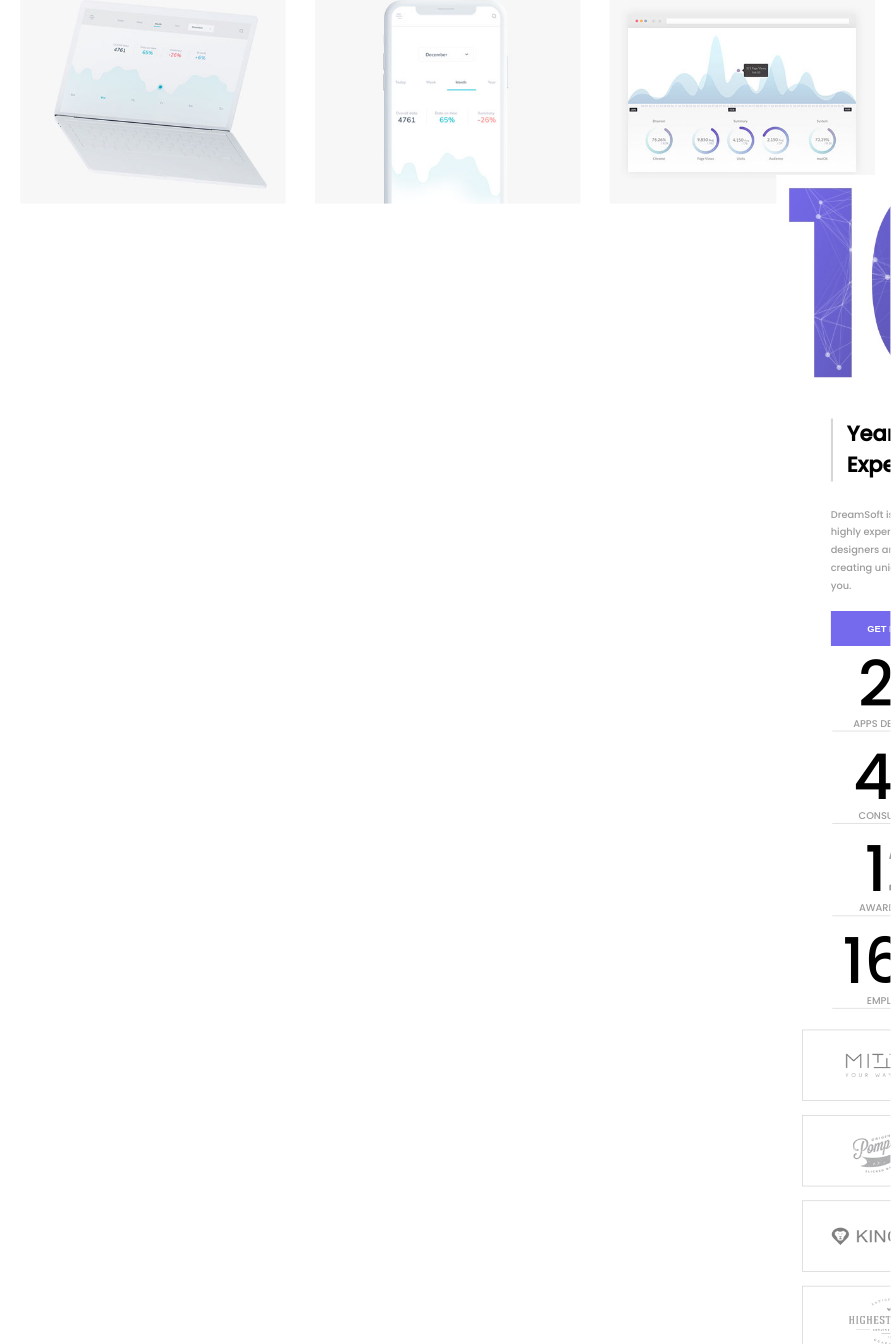
Repository: kkyler24/ladders-bootcamp-awesome
Page: index.html
These files come from the project's save history. The page is drawn as it stood at one moment and after the next save; the edit follows.
The browser window is 1280 px wide. The pictures show the part of the page from y = 1857 to 3777 px (the page is 7729 px tall before and 7749 px after), at 70% of full size.

Above is the page before, as saved 2021-03-20 12:20:11.

### index.html
<!DOCTYPE html>
<html lang="en">
  <head>
    <meta charset="UTF-8" />
    <meta name="viewport" content="width=device-width, initial-scale=1.0" />
    <link rel="stylesheet" href="style.css" />
    <link rel="stylesheet" href="kstyle.css" />
    <link rel="preconnect" href="https://fonts.gstatic.com">
    <link href="https://fonts.googleapis.com/css2?family=Poppins:wght@500&display=swap" rel="stylesheet">
    <title>Demo</title>
  </head>
  <body>
    <header></header>
    <nav class="container-nav">
      <a class="logopic">
        <img src="./img/jumbotron/logo-default-191x52.png" alt="MCLA LOGO"   height="63.99" width="220">
      </a>
      <div class="nav-link">
      <ul>
        <li class=" list-inline">
          <a href="./index.html">Home</a>
        </li>
        <li class="nav-item active list-inline">
          <a href="./index.html">About Us</a>
        </li>
        <li class="nav-item active list-inline">
          <a href="./index.html">Gallery</a>
        </li>
        <li class="nav-item active list-inline">
          <a href="./index.html">Pricing</a>
        </li>
        <li class="nav-item active list-inline">
          <a href="./index.html">Blog</a>
        </li>
      </ul>
    </div>
      <!-- <button></button> -->

    </nav>
    <!-- jumbotron 3 slides -->
    <div id="jumbotron" class="carousel">
      <!-- <ul class ="carousel-indicators">
          <li data-target="#carouselExampleCaptions" data-slide-to="0" class="active"></li>
          <li data-target="#carouselExampleCaptions" data-slide-to="1"></li>
          <li data-target="#carouselExampleCaptions" data-slide-to="2"></li>
          <li data-target="#carouselExampleCaptions" data-slide-to="3"></li>
      </ul> -->
      <div class="container-jumbo">
          <div class="carousel-item">
              <img id="jumboimgOne"src="./img/jumbotron/jess-bailey-q10VITrVYUM-unsplash.jpg"  alt="..." />
              <div class="jumboheadline">
                <h2 class="jumbotext">Mobile App Development</h2><br>
                  <div id="indext">
                    <p class="jumboPara"> Since our establishment, we have delivering high-quality and sutainable <br> software solutions for corporate purpose of worldwide business.</p>
                  </div>

              </div>
          </div>
          <!-- <div class="carousel-item">
              <img src="Assets/diversity2gether.jpg" class="d-block w-100" alt="..." />
              <div class="carousel-caption d-none d-md-block">
                  <h5>We Celebrate diversity</h5>
              </div>
          </div>
          <div class="carousel-item">
              <img src="Assets/womensrights.jpg" class="d-block w-100" alt="..." />
              <div class="carousel-caption d-none d-md-block">
                  <h5> We charise our choices</h5>
              </div>
          </div>
          <div class="carousel-item">
              <img src="Assets/climate.jpg" class="d-block w-100" alt="..." />
              <div class="carousel-caption d-none d-md-block">
                  <h5> We protect whats ours</h5>
              </div> -->
          </div>
      </div>
  </div>
  <!-- <a class="carousel-control-prev" href="#carouselExampleCaptions" role="button" data-slide="prev">
      <span class="carousel-control-prev-icon" aria-hidden="true"></span>
      <span class="sr-only">Previous</span>
  </a>
  <a class="carousel-control-next" href="#carouselExampleCaptions" role="button" data-slide="next">
      <span class="carousel-control-next-icon" aria-hidden="true"></span>
      <span class="sr-only">Next</span>
  </a> -->
</div>

    </section>

    <section class="all-service-section">
      <!-- see all services -->
          <div class="all-services-img">
            <img src="https://ld-wt73.template-help.com/wt_prod-18959/images/index-1-415x592.jpg" alt="" width="415" height="592">
          </div>

          <div class="all-services-container">

              <div class="corporate-solutions-block">
                <h3 class="all-services-h3">See All Services</h3>
                <button class="all-services-button">All Services</button>
              </div>
              <div class="corporate-solutions-block">
                <img src="./img/icon-phone.PNG" alt="">
                <h4 class="services-title-h4">CORPORATE SOLUTIONS</h4>
                <p class="corporate-solutions-text">Need specific software for your company? We are ready to develop it!</p>
              </div>
              <div class="corporate-solutions-block">
                <img src="./img/icon-headset.PNG" alt="">
                <h4 class="services-title-h4">CALL CENTER SOLUTIONS</h4>
                <p class="corporate-solutions-text">Our experts provide custom products of any complexity for call centers.</p>
              </div>
              <div class="corporate-solutions-block">
                <img src="./img/icon-cloud-box.PNG" alt="">
                <h4 class="services-title-h4">CLOUD DEVELOPMENT</h4>
                <p class="corporate-solutions-text">We can also offer you reliable cloud development solutions.</p>
              </div>

          </div>
    </section>

    <section id="sectThree" class="container-fluid">
      <!-- latest Projects -->
      <div class="latestPro">
        <h1 id="latestPro"> Latest Projects</h1>
        <p id="latestPara">In our portfolio, you can browse the latest products developed for our clients for different corporate purposes. Our qualified team of interface designers and software developers is always ready to create something unique for you.</p>
        <ul id="latestRow">
         <li class="latestButtons"><button>All</button></li>
         <li class="latestButtons"><button>Mobile Apps</button></li>
         <li class="latestButtons"><button>custom Software</button></li>
         <li class="latestButtons"><button>QA & Testing</button></li>
         <li class="latestButtons"><button id="uxli">UX and Design</button></li>
        </ul>
      </div>
    </section>
    <div class="latestGallery img-fluid">
      <img src="./img/latestsection/1fullwidth-gallery-1-420x350.jpg" alt="">
      <img src="./img/latestsection/2fullwidth-gallery-2-420x350.jpg" alt="">
      <img src="./img/latestsection/3fullwidth-gallery-3-420x350.jpg" alt="">
    </div>

    <section class="achievements-section">
      <!-- achievements -->
      <figure>
      <img src="./img/10.jpg" alt="Animated number ten" height="300" />
      </figure>
      <div class="years-of-experience-container">
        <h1>Years Of Experience</h1>
        <p>
          DreamSoft is a team of highly experienced app designers and developers
          creating unique software for you.
        </p>
        <button class="get-in-touch-button">Get in touch</button>
      </div>
      <div class="achievements-numbers-container">
        <div class="achievements-numbers-block">
          <h2>2k</h2>
          <p>APPS DEVELOPED</p>
        </div>
        <div class="achievements-numbers-block">
          <h2>40</h2>
          <p>CONSULTANTS</p>
        </div>
        <div class="achievements-numbers-block">
          <h2>12</h2>
          <p>AWARDS WON</p>
        </div>
        <div class="achievements-numbers-block">
          <h2>160</h2>
          <p>EMPLOYEES</p>
        </div>
      </div>
      <div class="logo-links-container">
        <figure>
          <img src="./img/clients-9-270x117.png" alt="Mittos Logo" >
        </figure>
        <figure>
          <img src="./img/clients-10-270x117.png" alt="Pompadour Logo" >
        </figure>
        <figure>
          <img src="./img/clients-3-270x117.png" alt="King Map Logo" >
        </figure>
        <figure>
          <img src="./img/clients-11-270x117.png" alt="Highest Quality Logo" >
        </figure>
      </div>
    </section>

    <section class="meet-the-team-section">
      <!-- meet the team -->
      <h2 class="meet-the-team-h2">Meet The Team</h2>

      <div class="meet-the-team-main-container">

          <div class="meet-team-block">
            <img src="./img/ryan-wilson.jpg" alt="">

            <div class="meet-team-text-block">
              <h4 class="meet-the-team-h4">Ryan Wilson</h4>
              <p class="meet-the-team-p">Director of Production</p>
            </div>
          </div>
          <div class="meet-team-block">
            <img src="./img/jill-peterson.jpg" alt="">

            <div class='meet-team-text-block'>
              <h4 class="meet-the-team-h4">Jill Peterson</h4>
              <p class="meet-the-team-p">UI Designer</p>
            </div>
          </div>
          <div class="meet-team-block">
            <img src="./img/sam-robinson.jpg" alt="">

            <div class='meet-team-text-block'>
              <h4 class="meet-the-team-h4">Sam Robinson</h4>
              <p class="meet-the-team-p">Senior Developer</p>
            </div>
          </div>
          <div class="meet-team-block">
            <img src="./img/mary-lee.jpg" alt="">

            <div class='meet-team-text-block'>
              <h4 class="meet-the-team-h4">Mary Lee</h4>
              <p class="meet-the-team-p">Software Developer</p>
            </div>
          </div>

      </div>
    </section>

    <section class="get-more-with-us-section">
      <!-- Get more with us -->
      <section class="get-more-with-us">
        <h1>Get More With Us</h1>
        <div class="numbers">
          <p>01</p>
          <p>02</p>
          <p>03</p>
          <p>04</p>
        </div>
        <h2>GREAT USABILITY</h2>
        <p class="get-more-about-project">
          All our apps are designed to have great usability in
          order to easily operate our applications.
          That is why our software has high ratings and lots of awards.
        </p>
        <button class="get-in-touch-button">Get in touch</button>
        <button class="download-presentation-button">Download presentation</button>
      </section>
      <img src="img/index-4-261x484.png" alt="Screen with Any App You Wish">
      <img src="img/index-5-261x484.png" alt="Screen with Socia Apps">
    </section>

    <section class="what-people-say-section">
      <!-- What People Say -->
      <h2 class="what-people-say-h2">What People Say</h2>

      <div class="what-people-say-main-container">

        <div class="client-container">
          <img src="./img/catherine-wilson.jpg" alt="">
          <div class="client-title">
            <h4 class="client-name-h4">Catherine Williams</h4>
            <p>Regular client</p>
          </div>
          <div class="client-body">
            <p class="client-body-p">DreamSoft offers a high caliber of resources skilled
            in Microsoft Azure .NET, mobile and Quality Assurance. They
            became our true business partners over the past three years.</p>
          </div>
        </div>
        <div class="client-container">
          <img src="./img/rupert-woods.jpg" alt="">
          <div class="client-title">
            <h4 class="client-name-h4">Rupert Wood</h4>
            <p>Regular client</p>
          </div>
          <div class="client-body">
            <p class="client-body-p">DreamSoft powered us with a competent team to develop
            products for banking services. The team has been delivering
            results within budget and time, which is amazing.</p>
          </div>
        </div>
        <div class="client-container">
          <img src="./img/samantha-brown.jpg" alt="">
          <div class="client-title">
            <h4 class="client-name-h4">Samantha Brown</h4>
            <p>Regular client</p>
          </div>
          <div class="client-body">
            <p class="client-body-p">DreamSoft is a highly skilled and uniquely capable
            firm with multitudes of talent on-board. We have
            results within budget and time, which is amazing.
            collaborated on a number of diverse projects that
            have been a great success.</p>
          </div>
        </div>

      </div>

    </section>

    <section class="latest-blog-posts-section">
      <h2 class="what-people-say-h2">Latest Blog Posts</h2>
      <div class="posts-container">
        <div class="post-block">
          <figure>
          <img class="post-cover" src="img/post-10-370x307.jpg">
          <img class="post-date-label" src="img/label.svg">
          <p class="post-label-date">07/04</p>
          </figure>
          <h4 class="block-post-h4">Benefits Of Async/Await</h4>
            <p class="blog-post-p">
            Asynchronous functions are a good and bad thing in JavaScript.
            The good side is that asynchronous functions are non-blocking and…
            </p>
        </div>
        <div class="post-block">
          <figure>
          <img class="post-cover" src="img/post-11-370x307.jpg">
          <img class="post-date-label" src="img/label.svg">
          <p class="post-label-date">07/17</p>
          </figure>
          <h4 class="block-post-h4">Key Considerations Of IPaaS</h4>
            <p class="blog-post-p">
              Digital transformation requires cloud appropriate adoption,
              legacy IT systems modernization, and Agile-based methodologies for faster…
            </p>
        </div>
        <div class="post-block">
          <figure>
          <img class="post-cover" src="img/post-12-370x307.jpg">
          <img class="post-date-label" src="img/label.svg">
          <p class="post-label-date">07/22</p>
          </figure>
          <h4 class="block-post-h4">Hibernate Query Language</h4>
            <p class="blog-post-p">
              In this tutorial, we will discuss the
              Hibernate Query Language. HQL is an object-oriented query language.
              Hibernate Query...
            </p>
        </div>
      </div>
    </section>

    <footer>
      <!-- contacts and info -->
      <section class="footer-contacts">
        <img src="img/logo-inverse-191x52.png" alt="DreamSoft Logo">
        <p class="about-company">
          Our company has been developing high-quality and reliable software
          for corporate needs since 2008. We are renowned professionals of
          software development.</p>
        <div class="address-block-container">
          <div class="one-contact-block">
            <h2>ADDRESS</h2>
            <p>4730 Crystal Springs Dr, Los Angeles, CA 90027</p>
          </div>
          <div class="one-contact-block">
            <h2>PHONES</h2>
            <p>
              <span class="changing-color">+1 323-913-4688</span>
              <span>,</span>
              <span class="changing-color">+1 323-888-4554</span>
            </p>
          </div>
          <div class="one-contact-block">
            <h2>E-MAILS</h2>
            <p>
              <span>info@demolink.org</span>
              <span>,</span>
              <span>mail@demolink.org</span>
            </p>
          </div>
          <div class="social-media-links-container">
            <img src="img/iconfinder_Circled_Facebook.svg" alt="Facebook Icon">
            <img src="img/iconfinder_Circled_Instagram.svg" alt="Facebook Icon">
            <img src="img/iconfinder_Circled_Linkedin.svg" alt="Facebook Icon">
            <img src="img/iconfinder_Circled_Twitter.svg" alt="Facebook Icon">
          </div>
        </div>
      </section>
      <form class="contact-form">
        <h1>Questions? Contact Us</h1>
        <input class="input-field-1" type="text" id="name" name="name" placeholder="Name"><br>
        <input class="input-field-1" type="text" id="email" name="email" placeholder="Email"><br>
        <input class="input-field-2" type="text" id="message" name="message" placeholder="Message"><br>
        <button class="send-message-button">Send message</button>
      </form>
      <section class="what-we-offer">
        <h1>What We Offer</h1>
        <div class="what-we-offer-container">
            <figure class="what-we-offer-item">
              <p>DB Management</p>
              <figure class="triangle"></figure>
            </figure>
            <figure class="what-we-offer-item">
              <p>IOS/MacOS</p>
              <figure class="triangle"></figure>
            </figure>
            <figure class="what-we-offer-item">
              <p>Android Apps</p>
              <figure class="triangle"></figure>
            </figure>
            <figure class="what-we-offer-item">
              <p>Windows Apps</p>
              <figure class="triangle"></figure>
            </figure>
            <figure class="what-we-offer-item">
              <p>UX/UI Apps</p>
              <figure class="triangle"></figure>
          </figure>
        </div>
        </section>
      </footer>
  </body>
</html>

### kstyle.css
html, body{
  overflow-x: hidden;


}

/* Navbar git  */
.container-nav {
  display: flex;
}

.list-inline {
  display: inline;
  list-style-type: none;
  padding-right: 10px;
  font-family: Georgia, "Times New Roman", Times, serif;
}

a.logopic {
  flex-flow: row;
  flex-grow: 3;
}

ul.li.a {
  font-family: "Poppins", sans-serif;
  font-weight: 500;
  color: black;
}

/* Jumbotron */
.jumboPara {
  text-align: center;
}

.jumbotron .container-jumbo {
  max-width: 100%;
  background-color: #222;
}

#jumbotron {
  padding: 30px 0px 30px 0px;
  max-width: 100%;
  text-align: center;
  background-color: transparent;
  overflow: hidden;
  font-family: "Raleway", Helvetica, Arial, sans-serif;
}

.container-jumbo {
  display: flex;
  width: 100%;
  margin: 0 auto;
  height: 561px;
}

.jumbotext {
  color: rgb(2, 2, 2);
  font-weight: 600;
  text-transform: uppercase;
  font-size: 60px;
}

.jumboheadline {
  display: flex;
  flex-direction: column;
  height: 506px;
  justify-content: flex-end;
}

#jumboimgOne {
  z-index: 0;
  position: absolute;
  display: flex;
  width: 100%;
  overflow-x: hidden;
}

.carousel-item {
  width: 100%;
}

.carousel-item,
.jumbotext,
#indext {
  position: relative;
  z-index: 2;
}

/* latest Section */

#sectThree{
  display: flex;
  font-family: "Poppins", sans-serif;
  text-align: center;
  width: 100%;
}

#latestPara{
 font-size: 18px;
 margin: auto 25% auto 25%;
 padding-top: 3%;
 max-width: ;
}

#latestPro{
  font-size: 45px;
  font-weight: lighter;
  margin-top: 2%;
  margin-bottom: 2%;
}

#latestRow{
display: flex;
justify-content: center;
margin: 3%;

}

#latestRow button{
  color: gray;
  font-weight: 200px;
  padding: 3%;
  margin: 5px;
  margin-right: 0px;
  height: 55px;
 font-size: 18px;
 letter-spacing: .1em;
 background-color: transparent;
 width: 165px;
 text-transform: uppercase;
 border-radius: 2px;
 border-top: transparent;
 border-left: transparent;
 border-bottom: transparent;
 border-right: 3px solid #cecdcd;
}
ul{
  padding: 0px;
}
#uxli{
  border-right: transparent;
}
li.latestButtons{
  list-style: none;
}

.latestGallery{
display: block;
 height: 280px;
  width: auto;
  margin-top: 10px;
}

.latestGallery img{
  width: 30%;
  float: left;
  margin: 1.66%;

}

Loaded but not shown: style.css (628 lines, source omitted)

After the next save:
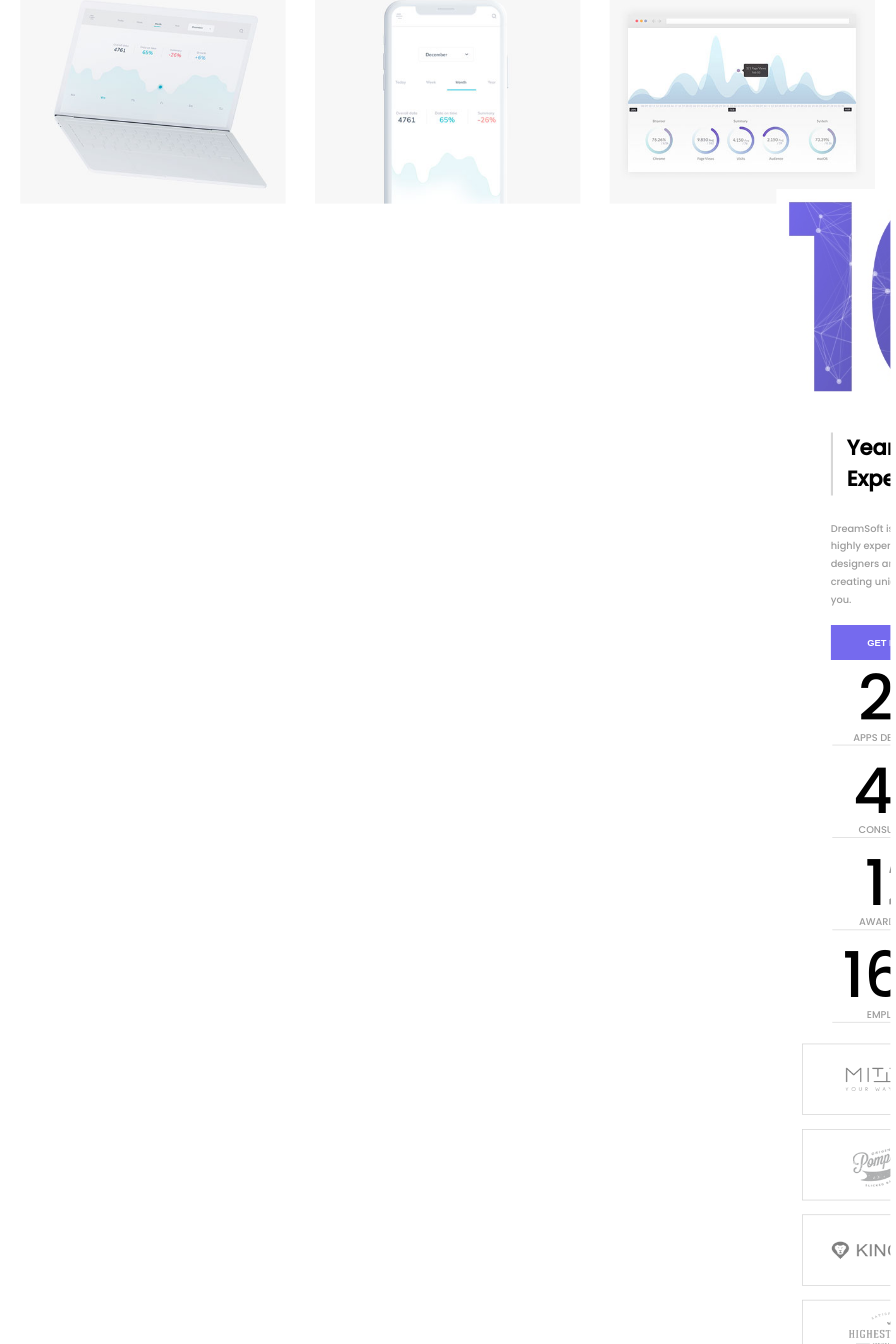
Saved 48 s later.
--- a/kstyle.css
+++ b/kstyle.css
@@ -146,7 +146,7 @@ li.latestButtons{
 
 .latestGallery{
 display: block;
- height: 280px;
+ height: 300px;
   width: auto;
   margin-top: 10px;
 }
